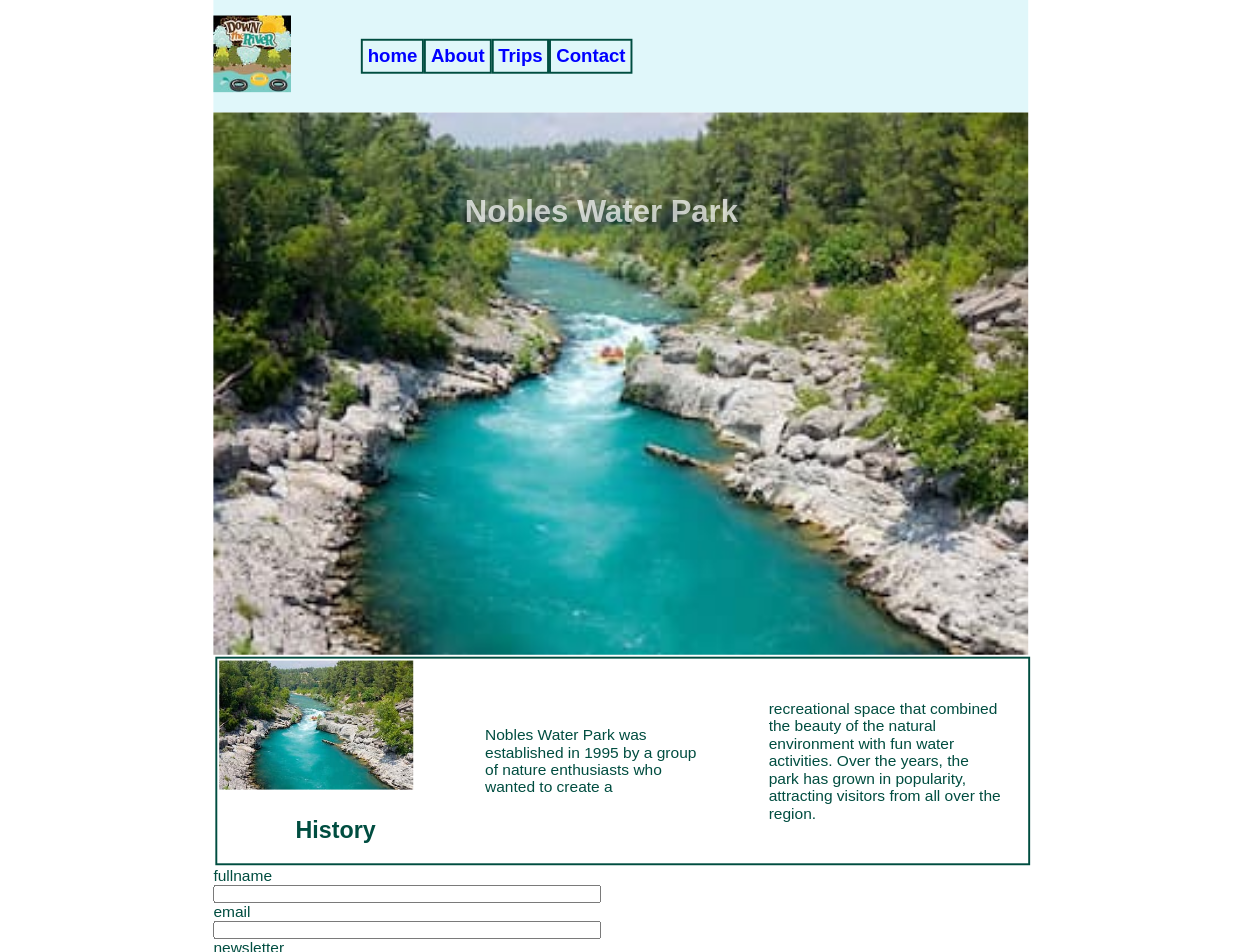
Repository: NoblesNigeria/wdd130
Page: wwr/index.html
These files come from the project's save history. The page is drawn as it stood at one moment and after the next save; the edit follows.
The browser window is 1280 px wide. The pictures show the part of the page from y = 0 to 981 px (the page is 1254 px tall before and 1401 px after), at 97% of full size.
A picture or video elsewhere on the page could not be fetched, so the positions and the page height are approximate.

Above is the page before, as saved 2025-09-29 17:24:00.

### wwr/index.html
<!DOCTYPE html>
<html lang="en">

<head>
    <meta charset="UTF-8">
    <meta name="viewport" content="width=device-width, initial-scale=1.0">
    <title>Nobles Water Park</title>
    <meta name="description" content=" Nobles natural water park, a place for friends and family fun. ">
    <meta name="author" content="Nwose Ugochukwu Anthony">
    <link rel="stylesheet" href="styles/rafting.css">
</head>

<body>
    <header>
        <img src="images/mylogo.jpg" alt="Nobles Water Park Logo">
        <nav>
            <a href="#">home</a>
            <a href="https://noblesnigeria.github.io/wdd130/wwr/about.html">About</a>
            <a href="#">Trips</a>
            <a href="https://noblesnigeria.github.io/wdd130/wwr/contact.html">Contact</a>
        </nav>
    </header>
    <main>
        <div class="hero">
            <img src="images/myhero.jpg" alt="Nobles Water Park">
            <h1>Nobles Water Park</h1>
        </div>
        <aside>
            <h2>History</h2>
            <p>Nobles Water Park was established in 1995 by a group of nature enthusiasts who wanted to create a
            </p>
            <img src="images/myhero.jpg" alt="Nobles Water Park History" width="200">
            <p>
                recreational space that combined the beauty of the natural environment with fun water activities. Over
                the years, the park has grown in popularity, attracting visitors from all over the region.
            </p>
        </aside>
        <form>
            <label for="fullname">fullname</label>
            <input type="text" id="fullname" name="fullname">
            <label for="email">email</label>
            <input type="text" id="email" name="email">
            <label for="newsletter">newsletter</label>
            <input type="checkbox" id="newsletter" name="newsletter">
        </form>

        <section>
            <h2>Adventure Await You!</h2>

            <figure>
                <img src="images/image-1.jpg" alt="Nobles Water Park">
                <figcaption>Have the thrill at the Park.</figcaption>
            </figure>
            <figure>
                <img src="images/image2.jpg" alt="Nobles Water Park">
                <figcaption>Have fun with family.</figcaption>
            </figure>
            <figure>
                <img src="images/image3.jpg" alt="Nobles Water Park">
                <figcaption>Enjoy the serenity of nature.</figcaption>
            </figure>
            <figure>
                <img src="images/image4.jpg" alt="Nobles Water Park">
                <figcaption>Make lasting memory with us.</figcaption>
            </figure>
            <figure>
                <img src="images/image5.jpg" alt="Nobles Water Park">
                <figcaption>Great adventure.</figcaption>
            </figure>
        </section>
    </main>

    <footer>
        <p>&copy; 2025, Nobles Water Park. Nwose Ugochukwu Anthony All rights reserved.</p>
        <a href="https://www.facebook.com">
            <img src="images/facebookicon.jpg" alt="Facebook">
        </a>
        <a href="https://www.whatsapp.com">
            <img src="images/whatsappicon.jpg" alt="whatsapp">
        </a>
        <a href="https://www.tiktok.com">
            <img src="images/tik-tokicon.jpg" alt="tiktok">
        </a>
    </footer>
</body>

</html>

### wwr/styles/rafting.css
:root{
    --primary-color: #e0f7fa;
    --secondary-color: #004d40;
    --accent-color: #00796b;
    --font-family: 'Arial', sans-serif;
    --header-font-size: 2.5em;
    --body-font-size: 1em;
}
header{
    display: grid;
    background-color: var(--primary-color);
    grid-template-columns: repeat(5, 1fr);
    color: var(--secondary-color);
    padding: 1em 0;
    font-family: var(--font-family);
}
*{
    box-sizing: border-box;
    margin: 0;
    padding: 0;
}
header nav {
    display:flex;
    justify-content: center;
    align-items: center;
}
header nav a {
    color: blue;
    display: block;
    text-decoration: none;
    font-weight: bold;
    font-size: 1.2rem;
    padding: 5px;
    align-items: center;
    justify-content: center;
    border: 2px solid var(--secondary-color);
}

header img{
    width: 80px;
    height: auto;
    display: block;
}
body{
    font-family: var(--font-family);
    color: var(--secondary-color);
}
header, main, footer{
    margin: 0 auto;
    width: 840px;
}
h1, h2{
    font-family: var(--font-family);
    color: var(--secondary-color);
}
nav, p, section,article {
    margin: 16px;
    padding: 8px;
}
section, aside{
    display:grid;
    grid-template-columns: repeat(5, 1fr);
    gap: 10px;
    width:840px;
    height: auto;
    margin: 2px;
    padding: 2px;
    border: 2px solid var(--secondary-color);
}
section h2{
    display: flex;
    flex-direction: column;
    align-items: center;
    padding: 8px;
    grid-column: 1/6;
}
aside h2{
    display: flex;
    flex-direction: column;
    align-items: center;
    padding: 8px;
    grid-column: 1/6;
    grid-row:3/4;
}
aside h3{
    display: flex;
    flex-direction: column;
    align-items: center;
    padding: 2px;
    grid-column: 1/6;
    font-size: medium;
}
form{
    display: flex;
    flex-direction:column;
    grid-column:4/6;
    width:400px;
}

input[type="checkbox"]{
    display:flex;
    flex-direction: row;
    text-align: right;
}
label{
    display:flex;
    flex-direction:row;
    text-align: right;

}
button{
    display:flex;
    flex-direction: column;
    grid-column:4;
    width: 100px
}
iframe {
    width: 400px;
    height: 300px;
    display: flex;
    grid-column: 1/3;
}

figure img,figcaption{
    width: 130px;
    display: flex;
    flex-direction: column;
    justify-content: center;
    align-items: center;
}

.div{
    position: relative;
}
div img{
    width: 100%;
    height: auto;
    display: block;
}
h1{
    position: absolute;
    top: 200px;
    width: 800px;
    color: white;
    padding: 0;
    text-align: center;
    opacity: 0.7;
}
article{
    position: absolute;
    top: 250px;
    width: 800px;
    border: 2px;
    padding: 2px;
    margin:2px;
    color: black;
    background-color: white;
}
.hero article img{
    float: right;
    width: 125px;
    box-shadow: 2px 2px 5px rgba(0,0,0,0.3);
}
footer{
    display: grid;
    grid-template-rows: repeat(5, auto);
    background-color:blue;
    color: white;
    height: 50px;
}
p, footer a{
    display: flex;
    flex-direction: row;
    align-items: center;
    position: relative;
    grid-row:1/5;
    font-size: var(--body-font-size);
}
footer a img{
    width: 30px;
    height: 30px;
}

After the next save:
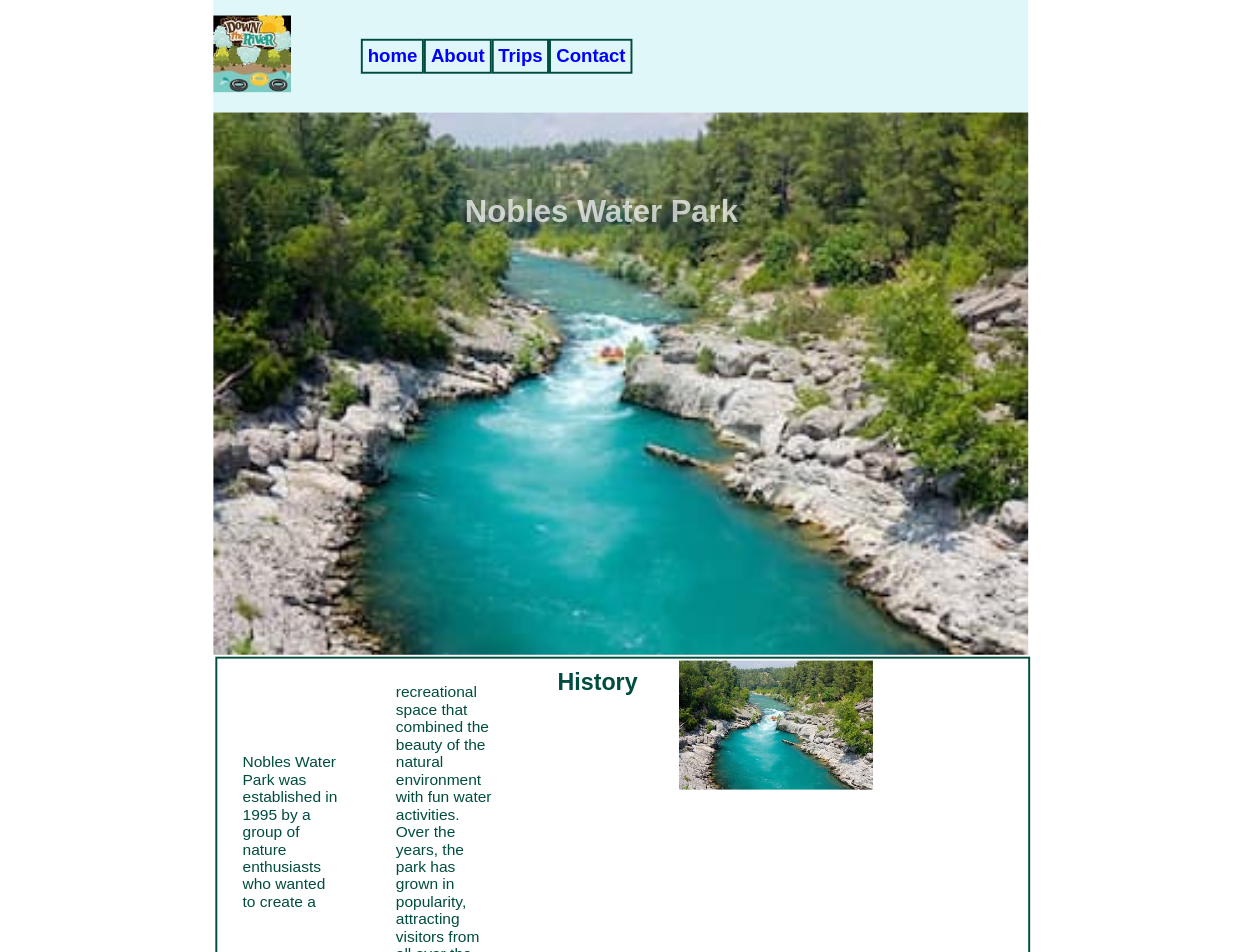
Saved 2 min 8 s later.
--- a/wwr/styles/rafting.css
+++ b/wwr/styles/rafting.css
@@ -79,8 +79,8 @@ aside h2{
     flex-direction: column;
     align-items: center;
     padding: 8px;
-    grid-column: 1/6;
-    grid-row:3/4;
+    grid-column: 3/4;
+    grid-row:1;
 }
 aside h3{
     display: flex;
